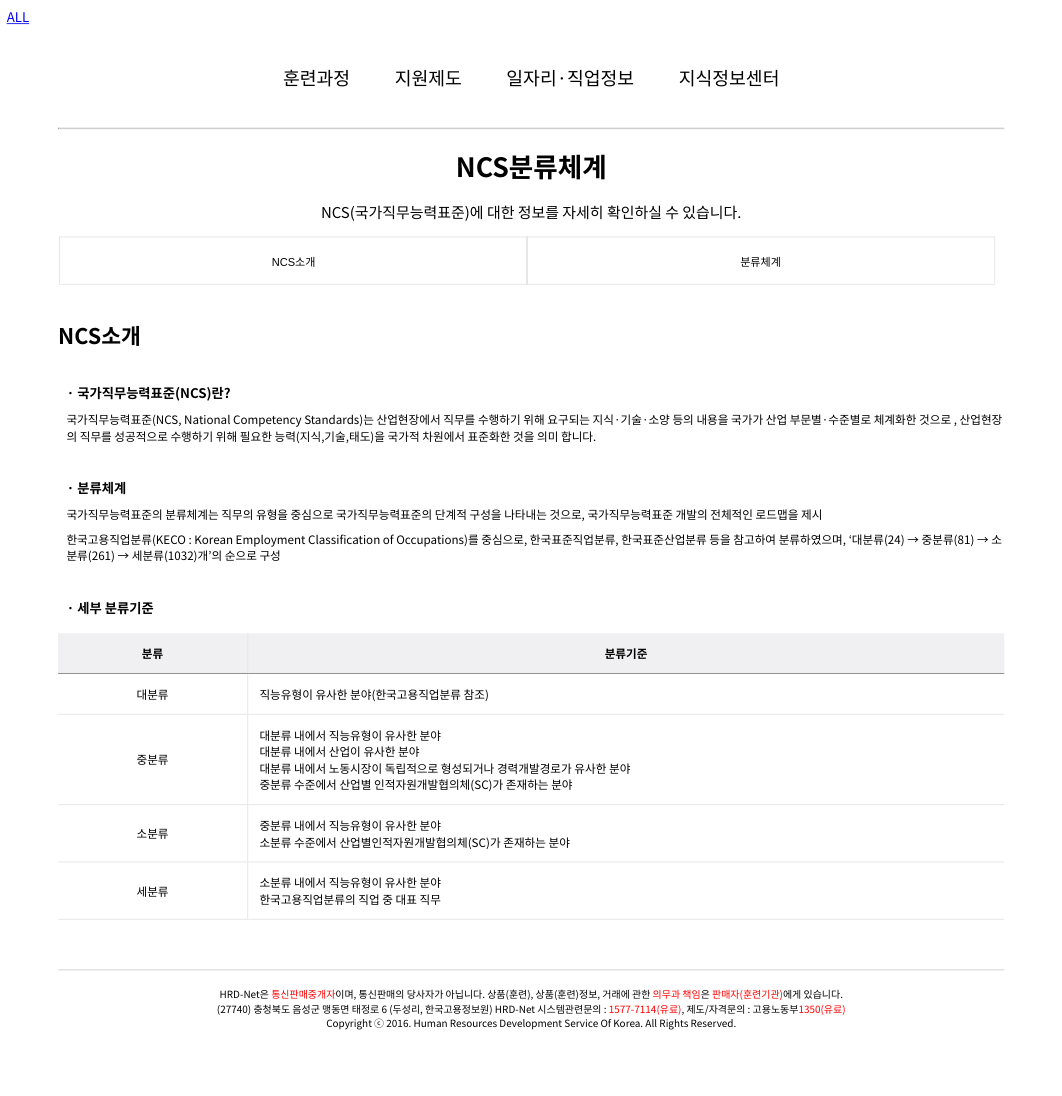
Repository: itkezi/HTML_2022_505
Page: Web/WebContent/HTML/0329_EX2.html
These files come from the project's save history. The page is drawn as it stood at one moment and after the next save; the edit follows.
The browser window is 1280 px wide. The pictures show the whole page, at 83% of full size.

Above is the page before, as saved 2022-03-30 06:59:24.

After the next save:
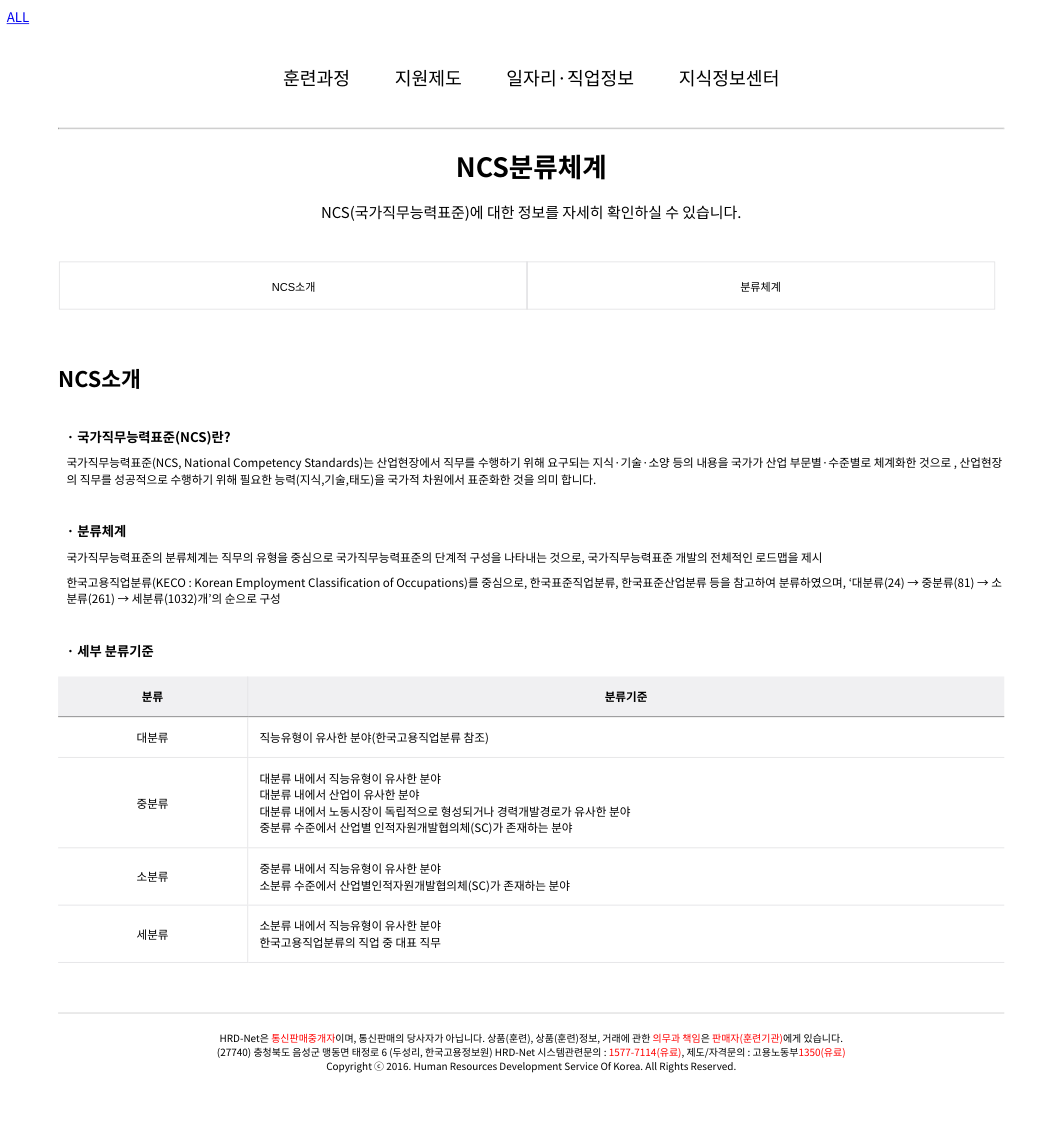
Saved 10 s later.
--- a/Web/WebContent/HTML/0329_EX2.html
+++ b/Web/WebContent/HTML/0329_EX2.html
@@ -70,8 +70,7 @@ section h5 {
 
 #button {
 	width:1130px;
-	height:80px;
-	margin:0;
+	margin:50px 0;
 
 }
 #button li, #button li button {
